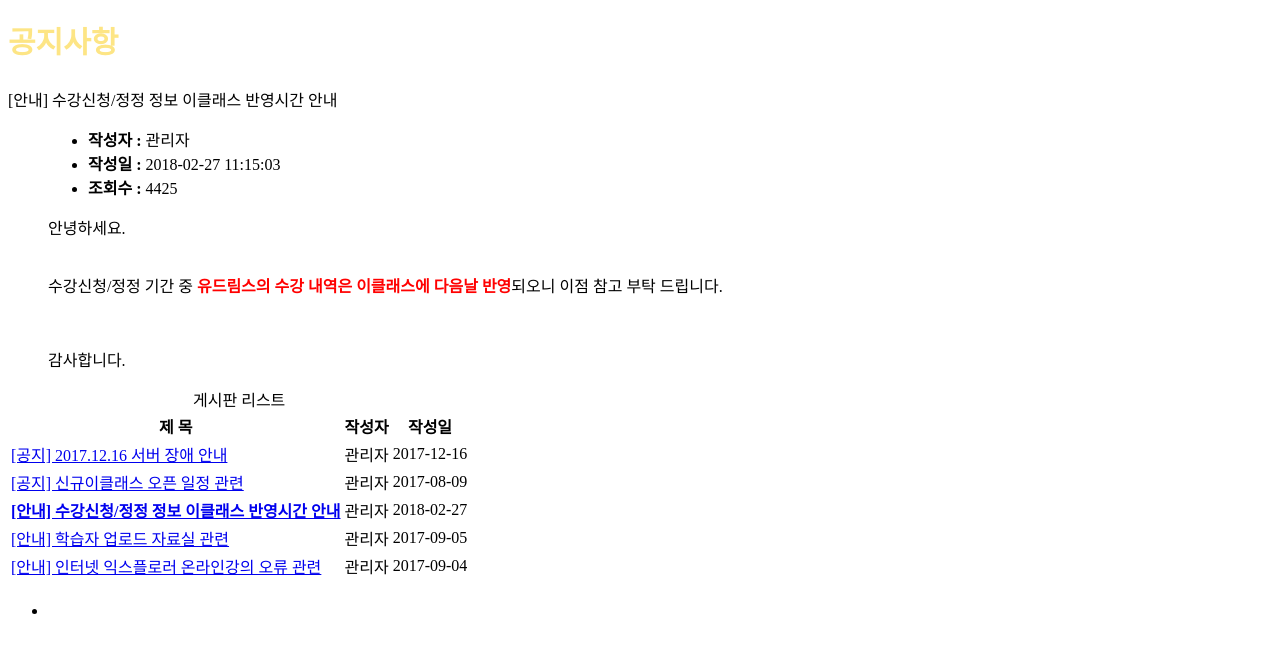
Repository: CSID-DGU/2019-1-CECD3-FFChain-2
Page: http://localhost/icip.app/WEB-INF/jsp/icip/notice/noticeView.jsp
An editor plug-in stored every save of this project. The page is shown before and after the next save, followed by the edit.
The browser window is 1280 px wide. The pictures show the whole page.
The page is served by Tomcat 9. Nobody is signed in. Other server files are loaded and not shown. The template is opened directly, without the code that normally fills it, so the values that code supplies are empty.

Above is the page before, as saved 2019-08-19 11:16:17.

### icip.app/src/main/webapp/WEB-INF/jsp/icip/notice/noticeView.jsp
<%@ page contentType="text/html; charset=utf-8" pageEncoding="utf-8"%>
<%@ taglib prefix="fmt" uri="http://java.sun.com/jsp/jstl/fmt"%>
<%@ taglib prefix="c" uri="http://java.sun.com/jsp/jstl/core"%>
<%@ taglib prefix="form" uri="http://www.springframework.org/tags/form"%>
<%@ taglib uri="http://java.sun.com/jsp/jstl/functions" prefix="fn"%>
<%@ taglib prefix="spring" uri="http://www.springframework.org/tags"%>
<!DOCTYPE html PUBLIC "-//W3C//DTD HTML 4.01 Transitional//EN" "http://www.w3.org/TR/html4/loose.dtd">
<html>
<head>
</head>
<style>
#listBox div.listContent dl.element > dd > ul > li
{
    float: left;
    margin-right: 20px;
}
</style>
<body>
<div style = "padding-top: 10px; font-size:30px; padding-bottom:25px; color : #fde585; font-weight:bold " >
공지사항
</div>
<div id="listBox">
				<div class="listContent">
						 [안내] 수강신청/정정 정보 이클래스 반영시간 안내

						<dd class="info">
							<ul class="fl ml10">
							</ul>
							<ul class="fr mr10">
							<li><b>작성자 :</b> <span id="suserinfo" style="" onclick="javascript:learnerInfo('admin1');">관리자</span></li>
							<li><b>작성일 :</b> 2018-02-27 11:15:03</li>
							<li class="m0"><b>조회수 :</b> 4425</li>
							</ul>
						</dd>
						<dd>
							<div class="cont"><p>안녕하세요. </p><p><br>수강신청/정정 기간 중 <strong><span style="color: rgb(255, 0, 0);">유드림스의 수강 내역은 </span><font color="#ff0000">이클래스에 다음날 반영</font></strong>되오니 이점 참고 부탁 드립니다.</p><p><br></p><p>감사합니다.<br></p></div>

						</dd>
						</dl>

							<div class="answerArea">

						</div>
					</div>

						<div id="listBox">
						</div><table class="boardListBasic" summary="게시판 리스트입니다.">
							<caption>게시판 리스트</caption>
							<thead>
								<tr class="odd-row">
									<th class="first">제 목</th>
									<th>작성자</th>
									<th class="last">작성일</th>
								</tr>
							</thead>
							<tbody>

									<tr class="odd-row">
											<td class="textLeft first">
												<div style="margin-left: 0px;" align="absmiddle" alt="">
													<a href="#;" onclick="javascript:moveBoardView('BOAD_171216110316331d7655', '0')">

															[공지] 2017.12.16 서버 장애 안내
													</a>
												</div>
											</td>
											<td>
												관리자
											</td>
											<td class="last">
												2017-12-16
											</td>
										</tr>

										<tr>
											<td class="textLeft first">
												<div style="margin-left: 0px;" align="absmiddle" alt="">
													<a href="#;" onclick="javascript:moveBoardView('BOAD_170809131412cfe20003', '0')">

															[공지] 신규이클래스 오픈 일정 관련
													</a>
												</div>
											</td>
											<td>
												관리자
											</td>
											<td class="last">
												2017-08-09
											</td>
										</tr>
										<tr class="odd-row">
											<td class="textLeft first">
												<div style="margin-left: 0px;" align="absmiddle" alt="">
													<a href="#;" onclick="javascript:moveBoardView('BOAD_180227111503550900e1', '0')">

															<b><i class="icon-arrow-small-black"></i>[안내] 수강신청/정정 정보 이클래스 반영시간 안내</b>
													</a>
												</div>
											</td>
											<td>
												관리자
											</td>
											<td class="last">
												2018-02-27
											</td>
										</tr>

										<tr>
											<td class="textLeft first">
												<div style="margin-left: 0px;" align="absmiddle" alt="">
													<a href="#;" onclick="javascript:moveBoardView('BOAD_170905182259ef57201b', '0')">

															[안내] 학습자 업로드 자료실 관련
													</a>
												</div>
											</td>
											<td>
												관리자
											</td>
											<td class="last">
												2017-09-05
											</td>
										</tr>

										<tr class="odd-row">
											<td class="textLeft first">
												<div style="margin-left: 0px;" align="absmiddle" alt="">
													<a href="#;" onclick="javascript:moveBoardView('BOAD_170904164429ea1c03c0', '0')">

															[안내] 인터넷 익스플로러 온라인강의 오류 관련
													</a>
												</div>
											</td>
											<td>
												관리자
											</td>
											<td class="last">
												2017-09-04
											</td>
										</tr>
							</tbody>
						</table>
						<ul class="btnBox">
								<li style =" padding-left : 500px">
									<a class="btn small" href="noticeList.do" style="color: white;">
										<i class="icon-report-small-color"></i>
										목 록
									</a>
								</li>
							</ul>
<script>
//목록
function fn_cancel(){

    var form = document.getElementById("viewForm");

    form.action = "<c:url value='noticeList.do'/>";
    form.submit();

}

//수정
function fn_update(){

    var form = document.getElementById("viewForm");

    form.action = "<c:url value='updateNotice.do'/>";
    form.submit();
}
</script>
</div>
</body>
</html>

After the next save:
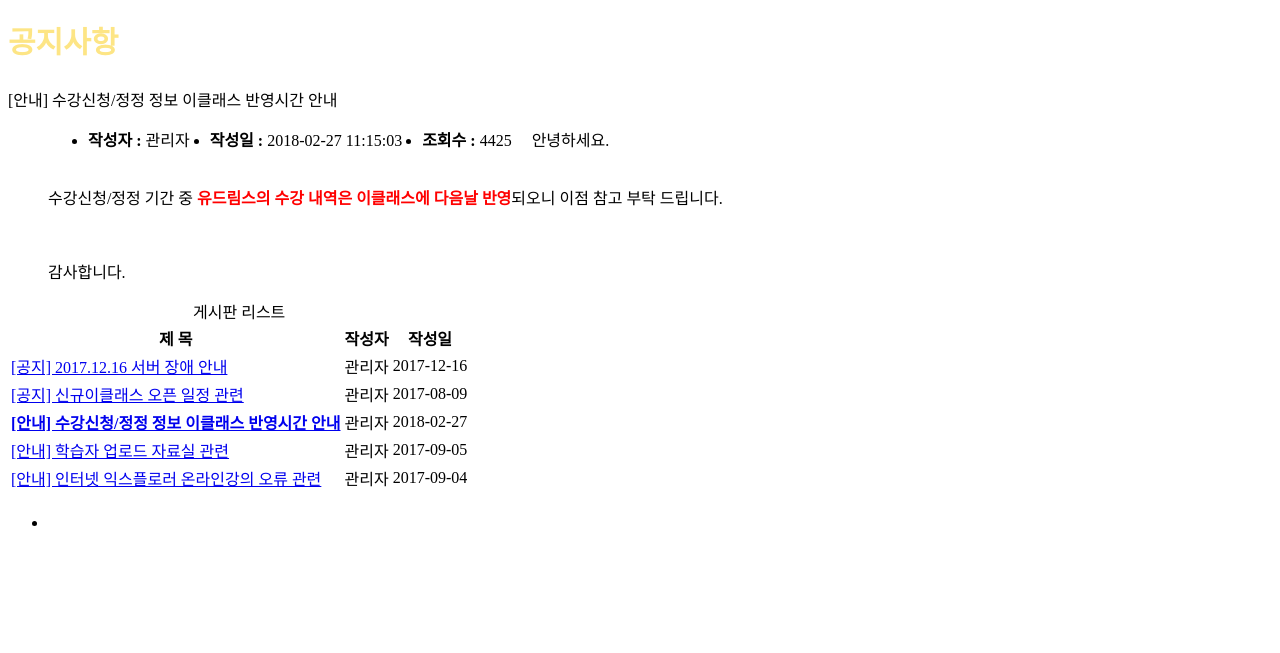
Saved 23 s later.
--- a/icip.app/src/main/webapp/WEB-INF/jsp/icip/notice/noticeView.jsp
+++ b/icip.app/src/main/webapp/WEB-INF/jsp/icip/notice/noticeView.jsp
@@ -9,7 +9,7 @@
 <head>
 </head>
 <style>
-#listBox div.listContent dl.element > dd > ul > li
+#listBox div.listContent > dd > ul > li
 {
     float: left;
     margin-right: 20px;
